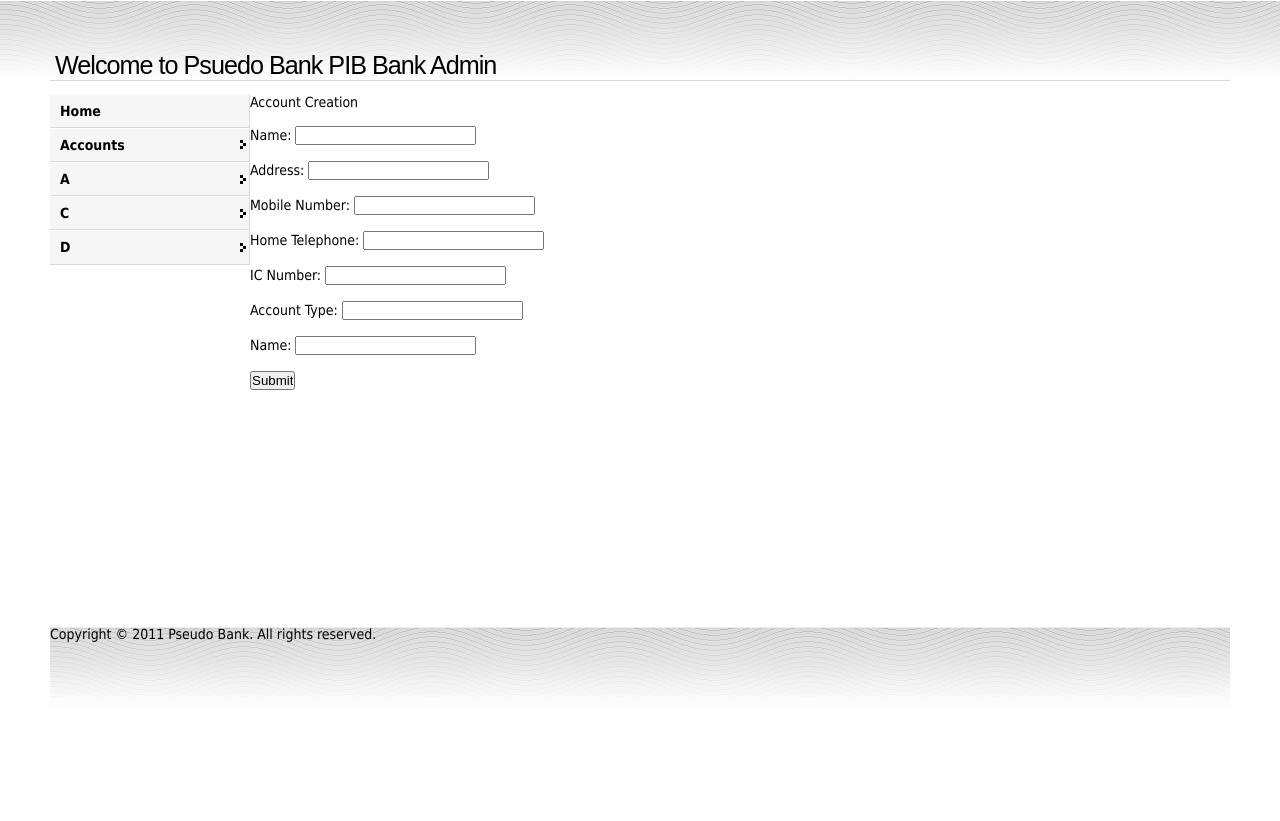
Repository: hareth12/Final-Year-Project
Page: http://localhost/bankAdmin/Account/accountCreation1.jsp
These files come from the project's save history. The page is drawn as it stood at one moment and after the next save; the edit follows.
The browser window is 1280 px wide. The pictures show the whole page.
The page is served by Tomcat 9.

Above is the page before, as saved 2011-09-30 02:05:42.

After the next save:
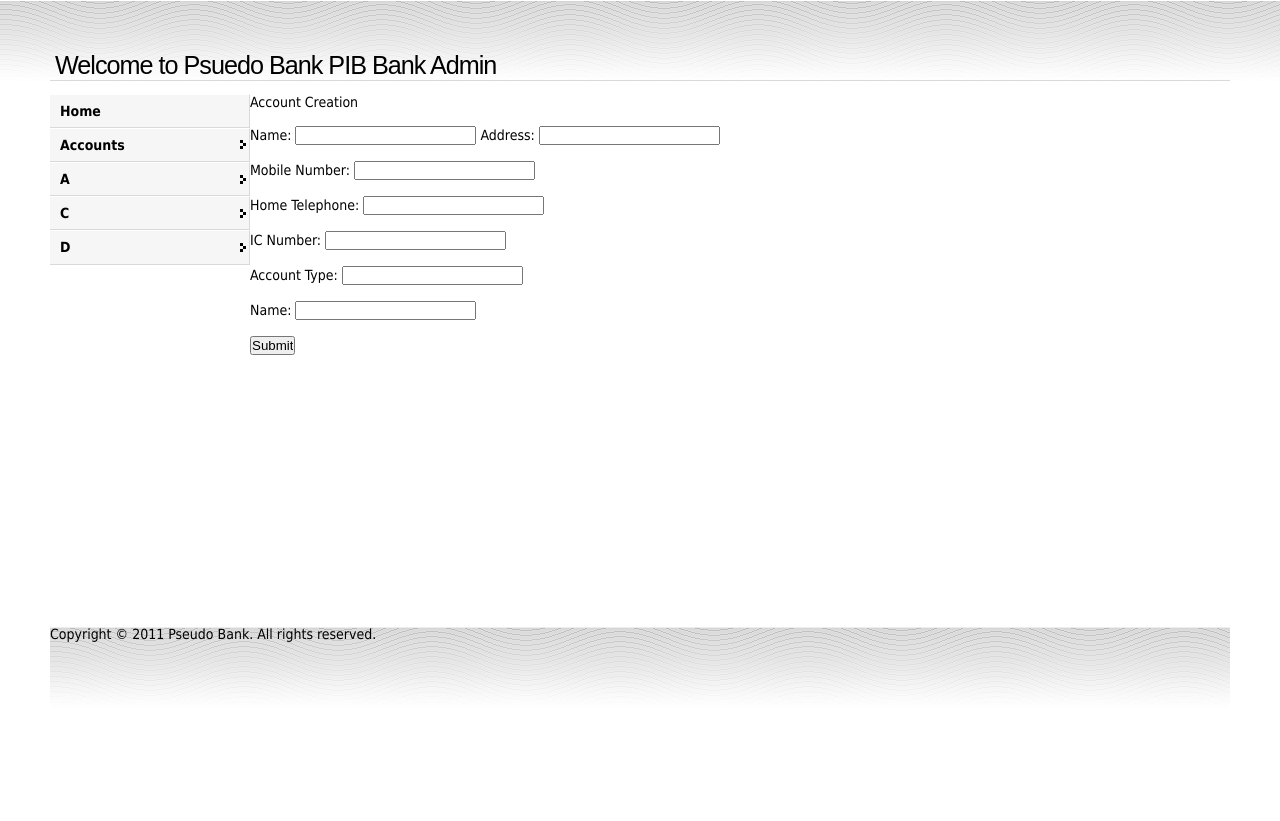
Saved 8 s later.
--- a/bankAdmin/WebContent/Account/accountCreation1.jsp
+++ b/bankAdmin/WebContent/Account/accountCreation1.jsp
@@ -67,7 +67,7 @@
 
 		<form name="input" action="html_form_action.asp" method="get">
 		<td>
-		<tr>Name: </tr><tr><input type="text" name="user" /> <br></br>
+		<tr>Name: </tr><tr><input type="text" name="user" /></tr>
 		Address: <input type="text" name="user" /> <br></br>
 		Mobile Number: <input type="text" name="user" /> <br></br>
 		Home Telephone: <input type="text" name="user" /> <br></br>
